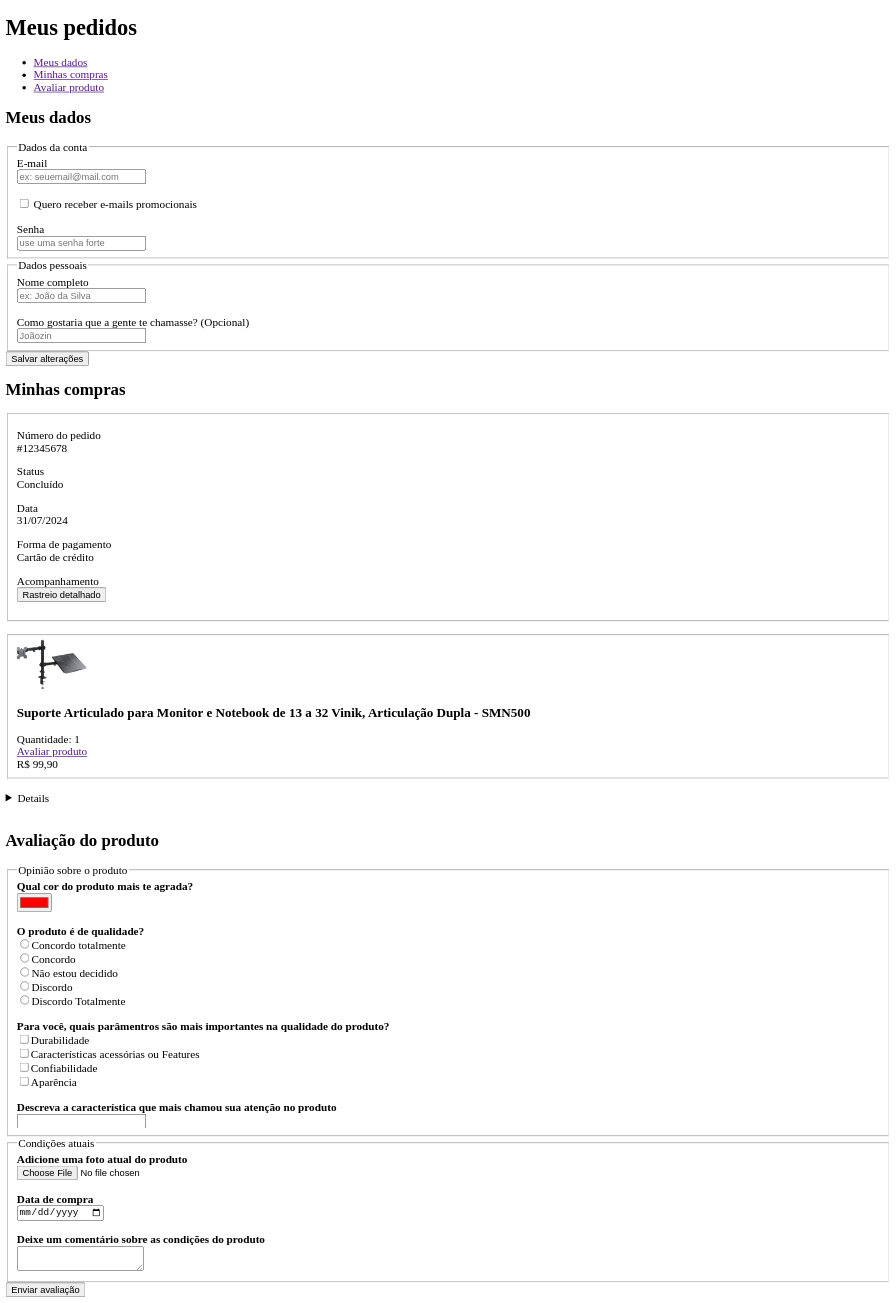
Repository: claudemir-camargo/site-compras
Page: index.html
An editor plug-in stored every save of this project. The page is shown before and after the next save, followed by the edit.
The browser window is 1280 px wide. The pictures show the whole page, at 70% of full size.

Above is the page before, as saved 2024-03-03 23:44:53.

After the next save:
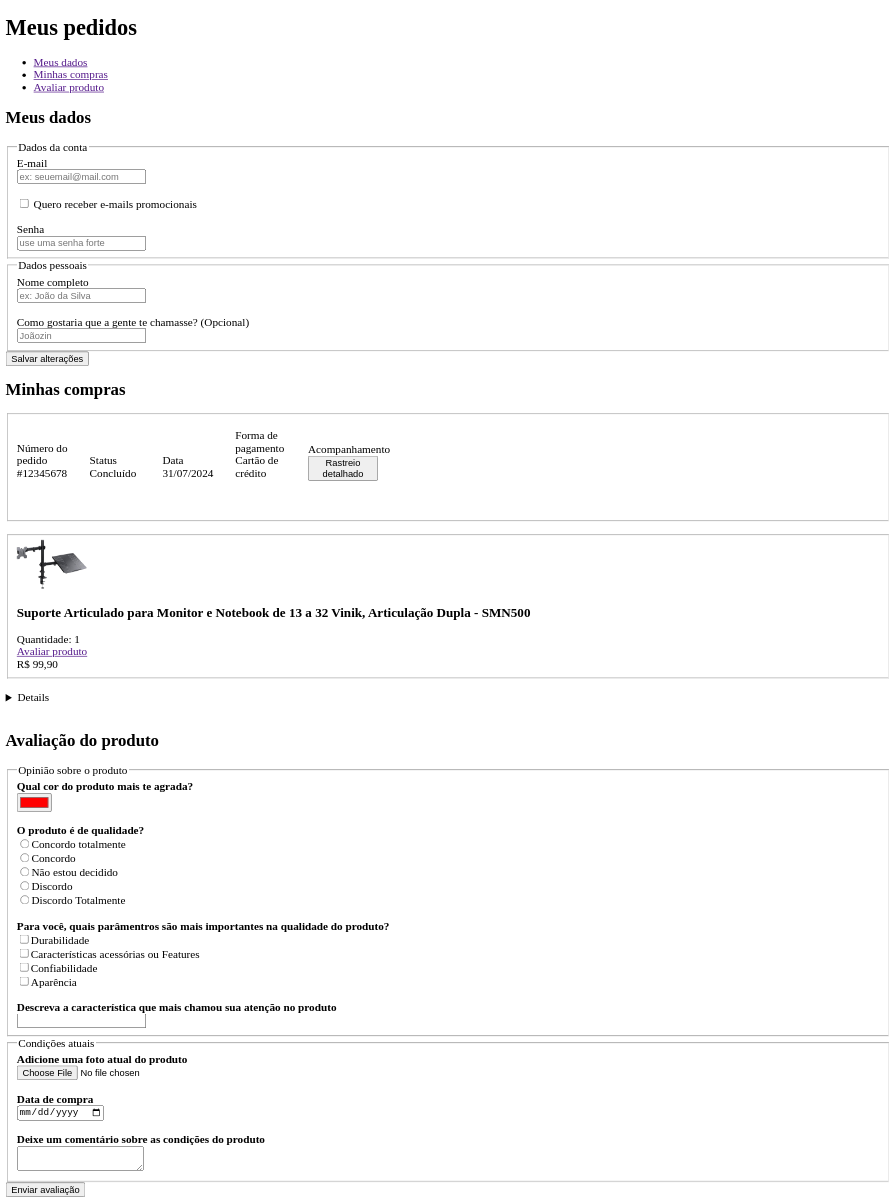
Saved 2 min 30 s later.
--- a/css/style.css
+++ b/css/style.css
@@ -2,3 +2,9 @@ img {
     height: 70px;
     width: 100px;
 }
+
+div {
+    width: 100px;
+    height: 100px;
+    display: inline-block;
+}
